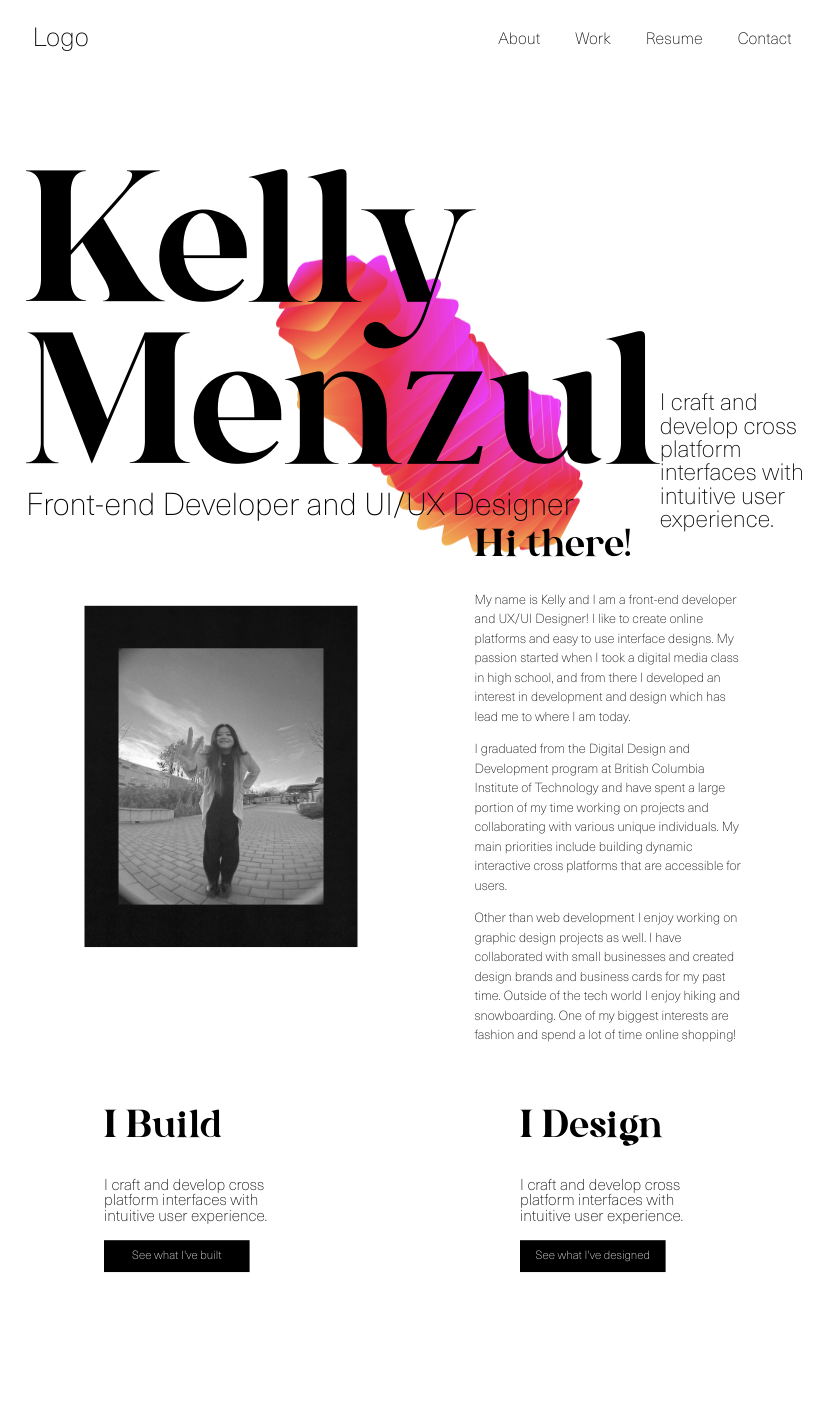
Repository: KellyMenzul/Kelly-Menzul
Page: /
An editor plug-in stored every save of this project. The page is shown before and after a run of saves, followed by the edit.
The browser window is 1280 px wide. The pictures show the whole page, at 65% of full size.
The project was rebuilt for these pictures with package versions that can differ from the ones it lists, and the page was loaded fresh each time. The framework's server and built-in components were replaced by stand-ins that run in the browser. Also part of the build but not shown: next.config.js.

Above is the page before, as saved 2022-01-20 15:19:51.

After the next 2 saves:
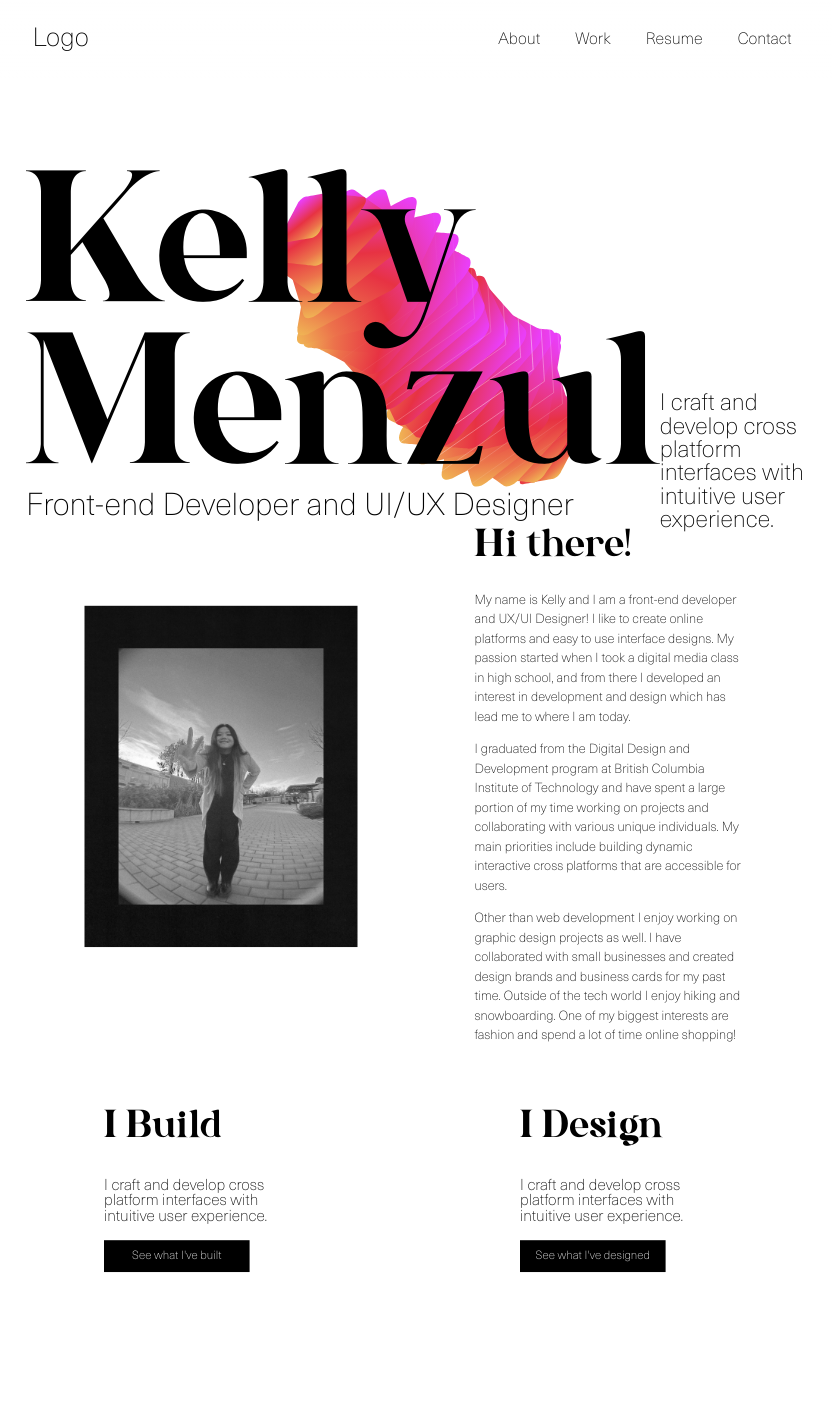
The 2 saves are shown as one change because they came seconds apart.
The last was saved 6 s later.
--- a/pages/index.js
+++ b/pages/index.js
@@ -109,7 +109,7 @@ justify-content:center;
 const LoadHolder = styled.div`
 position:absolute;
 z-index:-1;
-top:1px;
+top:-100px;
 
 `
 const TextHolder  =styled.div``
